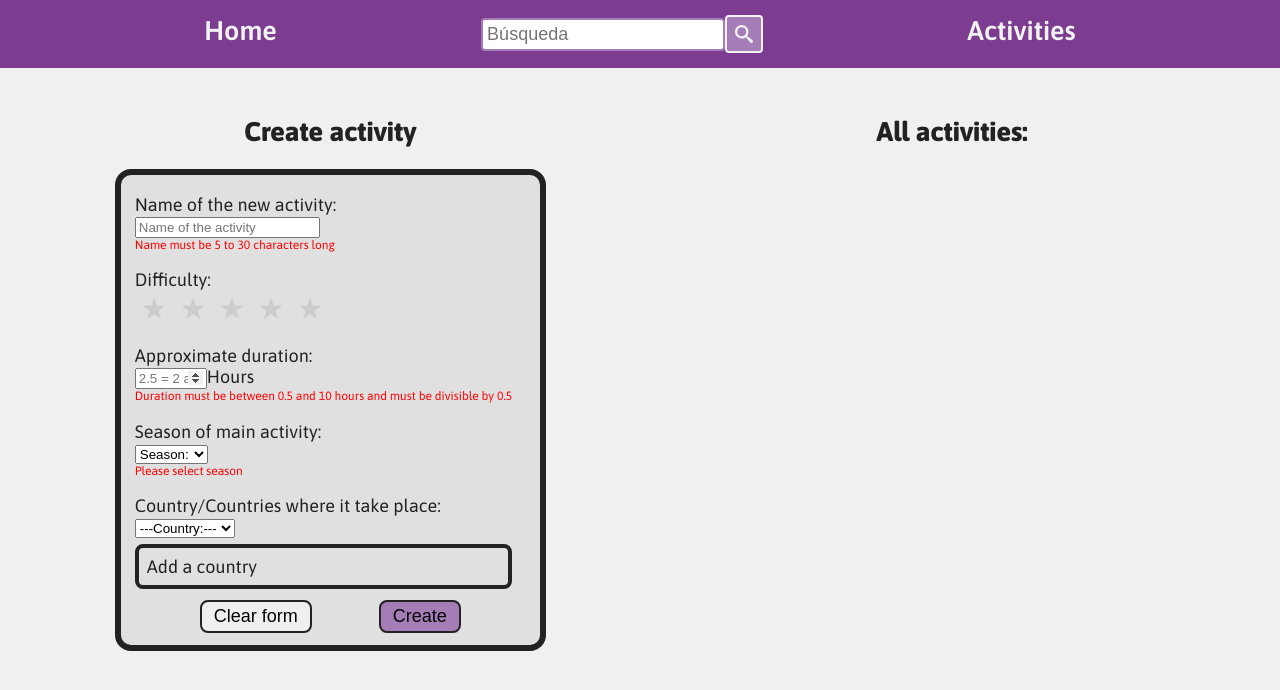
Repository: PCGP22/PI-Countries
Page: /countries/activities (app in cr-pi-countries-main/client/)
These files come from the project's save history. The page is drawn as it stood at one moment and after the next save; the edit follows.
The browser window is 1280 px wide. The pictures show the whole page.
The page's requests for data from a server got no answer. The project was rebuilt for these pictures with package versions that can differ from the ones it lists, and the page was loaded fresh each time. No one was signed in, and anything a server would have sent is missing. Also part of the build but not shown: cr-pi-countries-main/client/vite.config.js, cr-pi-countries-main/client/src/styles/LandingPage.modules.css, cr-pi-countries-main/client/src/components/LandingPage.jsx, cr-pi-countries-main/client/src/components/Detail.jsx, cr-pi-countries-main/client/src/components/Filter.jsx, cr-pi-countries-main/client/src/styles/HomePage.modules.css, cr-pi-countries-main/client/src/components/HomePage.jsx.

Above is the page before, as saved 2023-08-07 22:21:34.

After the next save:
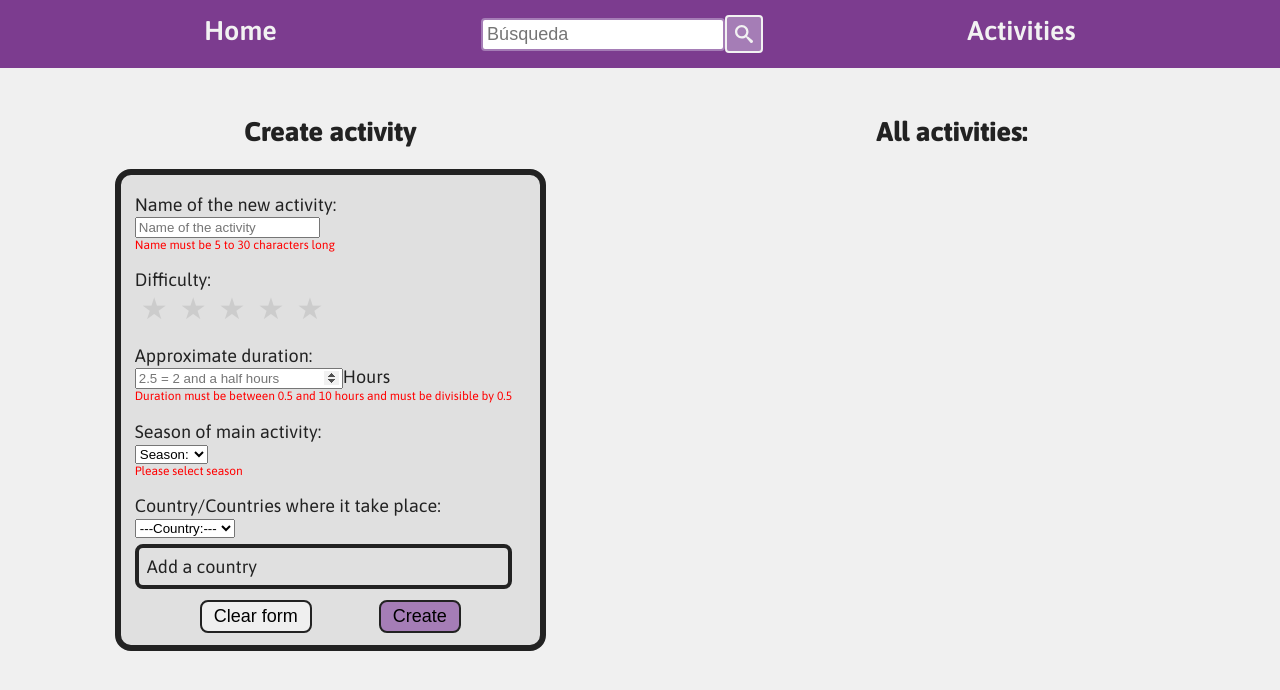
Saved 24 s later.
--- a/cr-pi-countries-main/client/src/styles/ActivityPage.modules.css
+++ b/cr-pi-countries-main/client/src/styles/ActivityPage.modules.css
@@ -37,6 +37,9 @@
 .activityPage__formSection{
     border:none;
     padding-left:0;
+}
+.activityPage__numInput{
+    width: 200px;
 }
 
 .activityPage__closeButton{
